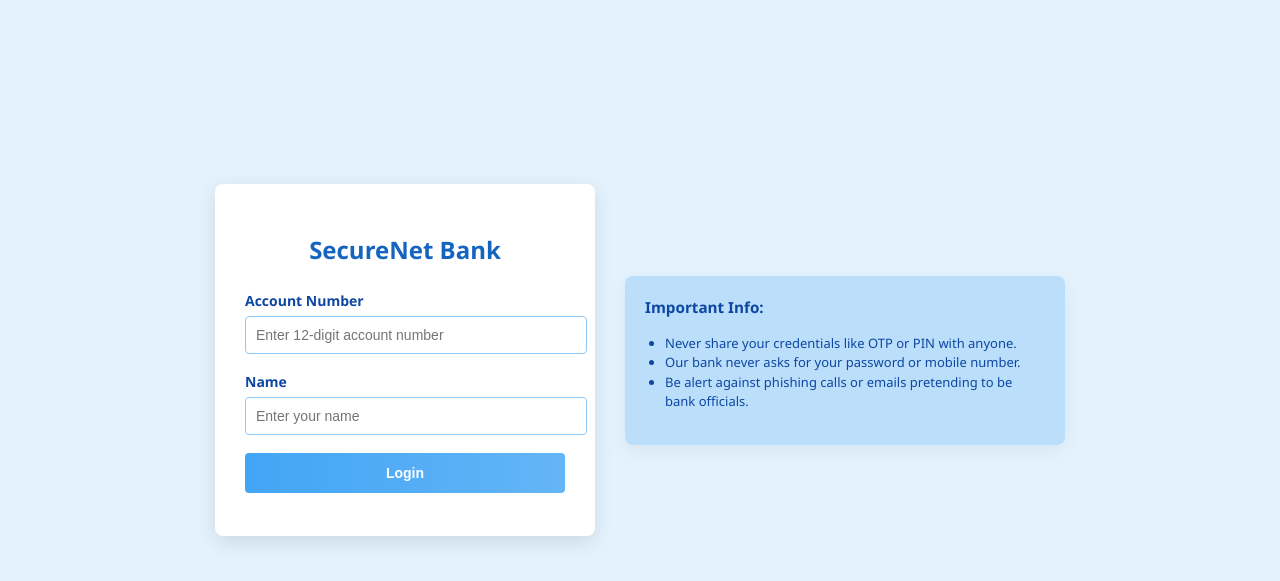
Repository: atharvthonge/Bank-Management-System
Page: http://localhost/login
The author's editor kept a copy of each file at every save. The page is drawn from the files as they stood at one save, then again after the next save.
The browser window is 1280 px wide. The pictures show the whole page.
The page is this project's Thymeleaf template; nobody is signed in. The template is opened directly, without the code that normally fills it, so the values that code supplies are empty.

Above is the page before, as saved 2025-08-22 11:36:52.

### com.securenetbank/src/main/resources/templates/login.html
<!DOCTYPE html>
<html xmlns:th="http://www.thymeleaf.org">
<head>
    <title>SecureNet Bank - Login</title>
    <style>
        body {
            margin: 0;
            font-family: 'Segoe UI', Tahoma, Geneva, Verdana, sans-serif;
            background-color: #e3f2fd; /* soft light blue */
        }

        .container {
            display: flex;
            justify-content: center;
            align-items: center;
            height: 100vh;
            gap: 30px;
        }

        .login-box {
            background-color: #ffffff; /* keeps login box white for clarity */
            width: 320px;
            padding: 30px;
            border-radius: 8px;
            box-shadow: 0 6px 20px rgba(0,0,0,0.1);
        }

        .login-box h2 {
            text-align: center;
            margin-bottom: 25px;
            color: #1565c0; /* matching blue tone */
        }

        .login-box label {
            display: block;
            margin-bottom: 6px;
            font-weight: 600;
            color: #0d47a1;
            font-size: 14px;
        }

        .login-box input[type="text"] {
            width: 100%;
            padding: 10px;
            margin-bottom: 18px;
            border: 1px solid #90caf9; /* soft blue border */
            border-radius: 4px;
            font-size: 14px;
        }

        .login-box button {
            width: 100%;
            padding: 12px;
            background: linear-gradient(to right, #42a5f5, #64b5f6);
            border: none;
            color: white;
            font-weight: bold;
            border-radius: 4px;
            cursor: pointer;
            font-size: 14px;
        }

        .login-box button:hover {
            opacity: 0.9;
        }

        .login-box p.error {
            color: #e53935;
            text-align: center;
            font-size: 13px;
        }

        .info-box {
            background-color: #bbdefb; /* soft complementary blue */
            padding: 20px;
            width: 400px;
            border-radius: 8px;
            box-shadow: 0 6px 20px rgba(0,0,0,0.05);
            color: #0d47a1; /* dark blue text */
            font-size: 13px;
            line-height: 1.5;
        }

        .info-box h3 {
            margin-top: 0;
        }

        .info-box ul {
            padding-left: 20px;
        }
    </style>
</head>
<body>
    <div class="container">
        <div class="login-box">
            <h2>SecureNet Bank</h2>
            <form th:action="@{/login}" method="post">
                <label>Account Number</label>
                <input type="text" name="accNo" placeholder="Enter 12-digit account number" required>

                <label>Name</label>
                <input type="text" name="name" placeholder="Enter your name" required>

                <button type="submit">Login</button>
            </form>
            <p class="error" th:text="${error}"></p>
        </div>

        <div class="info-box">
            <h3>Important Info:</h3>
            <ul>
                <li>Never share your credentials like OTP or PIN with anyone.</li>
                <li>Our bank never asks for your password or mobile number.</li>
                <li>Be alert against phishing calls or emails pretending to be bank officials.</li>
            </ul>
        </div>
    </div>
</body>
</html>

After the next save:
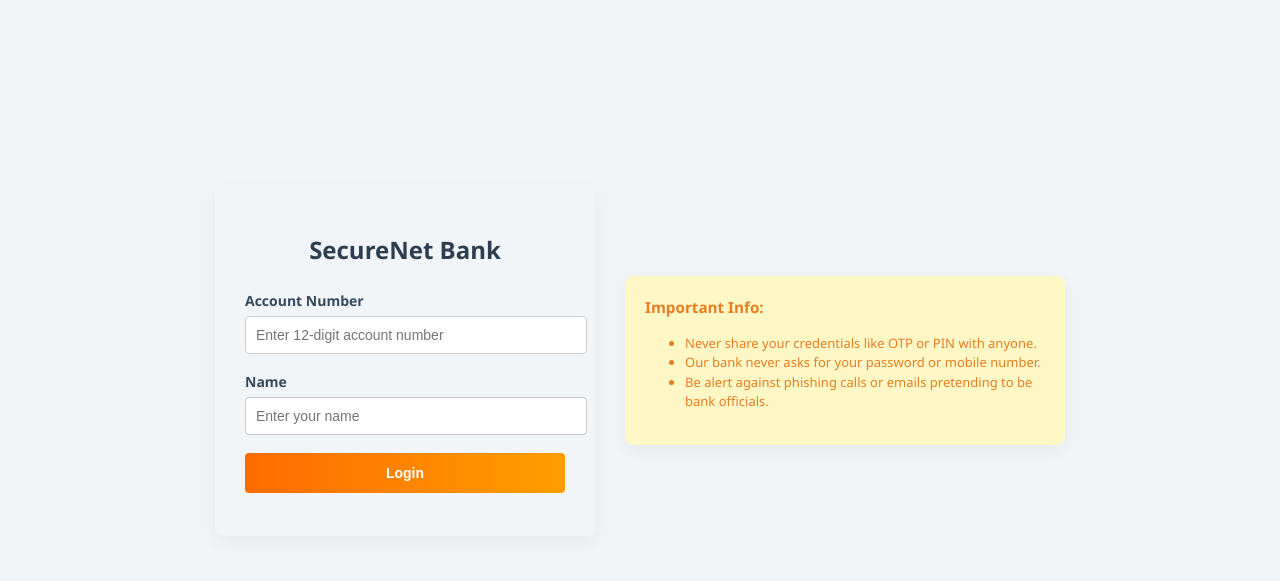
Saved 2 min 21 s later.
--- a/com.securenetbank/src/main/resources/templates/login.html
+++ b/com.securenetbank/src/main/resources/templates/login.html
@@ -6,7 +6,7 @@
         body {
             margin: 0;
             font-family: 'Segoe UI', Tahoma, Geneva, Verdana, sans-serif;
-            background-color: #e3f2fd; /* soft light blue */
+            background-color: #f2f5f7; /* light gray background */
         }
 
         .container {
@@ -18,24 +18,24 @@
         }
 
         .login-box {
-            background-color: #ffffff; /* keeps login box white for clarity */
+            background-color: #f2f5f7; /* match page background */
             width: 320px;
             padding: 30px;
             border-radius: 8px;
-            box-shadow: 0 6px 20px rgba(0,0,0,0.1);
+            box-shadow: 0 6px 20px rgba(0,0,0,0.05); /* softer shadow since bg matches page */
         }
 
         .login-box h2 {
             text-align: center;
             margin-bottom: 25px;
-            color: #1565c0; /* matching blue tone */
+            color: #2c3e50;
         }
 
         .login-box label {
             display: block;
             margin-bottom: 6px;
             font-weight: 600;
-            color: #0d47a1;
+            color: #34495e;
             font-size: 14px;
         }
 
@@ -43,7 +43,7 @@
             width: 100%;
             padding: 10px;
             margin-bottom: 18px;
-            border: 1px solid #90caf9; /* soft blue border */
+            border: 1px solid #ccc;
             border-radius: 4px;
             font-size: 14px;
         }
@@ -51,7 +51,7 @@
         .login-box button {
             width: 100%;
             padding: 12px;
-            background: linear-gradient(to right, #42a5f5, #64b5f6);
+            background: linear-gradient(to right, #ff6b00, #ff9e00);
             border: none;
             color: white;
             font-weight: bold;
@@ -65,28 +65,24 @@
         }
 
         .login-box p.error {
-            color: #e53935;
+            color: #e74c3c;
             text-align: center;
             font-size: 13px;
         }
 
         .info-box {
-            background-color: #bbdefb; /* soft complementary blue */
+            background-color: #fff8c6; /* light yellow */
             padding: 20px;
             width: 400px;
             border-radius: 8px;
             box-shadow: 0 6px 20px rgba(0,0,0,0.05);
-            color: #0d47a1; /* dark blue text */
+            color: #e67e22; /* orange text */
             font-size: 13px;
             line-height: 1.5;
         }
 
         .info-box h3 {
             margin-top: 0;
-        }
-
-        .info-box ul {
-            padding-left: 20px;
         }
     </style>
 </head>
